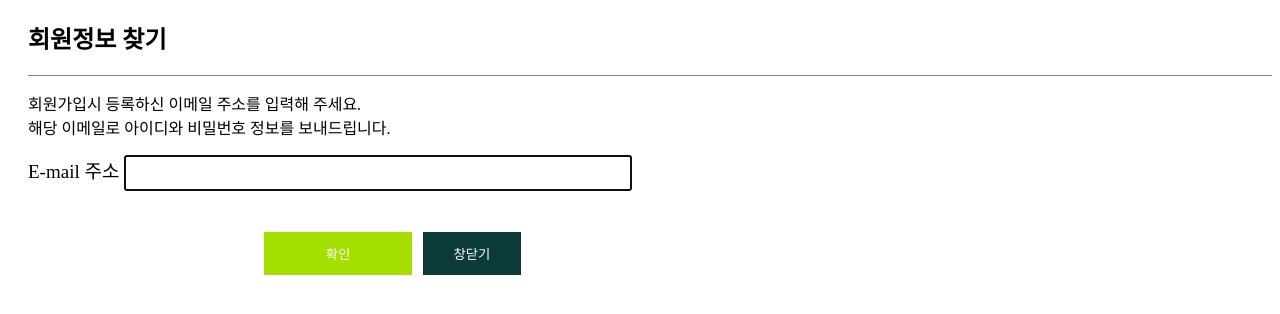
Repository: ks12b0000/JSP-School-Class
Page: chap10_JSP/src/main/webapp/Test/findMemberInfo.html
These files come from the project's save history. The page is drawn as it stood at one moment and after the next save; the edit follows.
The browser window is 1280 px wide. The pictures show the whole page.

Above is the page before, as saved 2022-06-04 11:53:21.

### chap10_JSP/src/main/webapp/Test/findMemberInfo.html
<!DOCTYPE html>
<html>
<head>
	<meta charset="UTF-8">
	<meta name="viewport" content="width=device-width, initial-scale=1.0">
	<title>회원정보 찾기</title>
	<link rel="stylesheet" href="loginWrite.css" />
	<script>
function loginChk() {
    var form = document.f1;
    if (!form.email.value) {
        alert("이메일을 입력해 주십시오.");
        form.email.focus();
        return;
    }
    form.submit();
}
    </script>
</head>
<body>
	<h2>회원정보 찾기</h2>
	<p id="em2">회원가입시 등록하신 이메일 주소를 입력해 주세요.<br/>
	   해당 이메일로 아이디와 비밀번호 정보를 보내드립니다.</p>
	 <form name="f1" method="post">
	<div id="email1" >
		<label for="email">E-mail 주소</label> <input type="text" id="email" name="email" autofocus/><br/>
	</div>
	<div class="button">
		<a href="#"><input id="Confirm" type="submit" value="확인" onclick="loginChk()" /></a>
		<a href="loginWrite.html"><input id="close" type="button" value="창닫기" /></a><br/>
	</div>
	</form>
</body>
</html>

### chap10_JSP/src/main/webapp/Test/loginWrite.css
@charset "UTF-8";
	body h2 {
		margin-left: 20px;
	}
	.login1 {
		width: 500px;
		border: 1px solid gray;
		margin: 40px;
		padding: 40px;

	}
	.login1 #id {
		width: 400px;

		padding: 4px;
	}
	.login1 #id input {

		margin-left: 30px;
	}
	.login1 #pw {

		padding: 4px;
	}
	.login1 #pw input {

		margin-left: 52px;
	}
	.login1 #login_Bt {
		text-align: right;
		margin-top: -50px;
		margin-right: 120px;
	}
	.login1 #login_Bt input {
		margin-left: 5px;
		padding: 12px;
		border: 1px solid white;
		background-color: #A5DF00;
		color: white;
	}
	.login1 #login_Ck {
		margin-top: 10px;
	}
	.login2 {
		border: 1px solid gray;
		font-size: 13px;
		background-color: #F2F2F2;
		width: 500px;
		margin: 40px;
		padding: 40px;
		margin-top: -50px;

	}
	.login2 h3 {
		margin-top: -20px;
		margin-left: -30px;
	}
	.login2 p {
		margin-top: -20px;
		margin-left: -30px;
	}
	.login2 form {
		margin-top: 10px;
		margin-left: 250px;

	}
	.login2 #idpw_bt {
		border: 1px solid white;
		background-color: #A5DF00;
		color: white;
	}
	.login2 #signup {
		border: 1px solid #BFFF00;
		background-color: white;
		color: #80FF00;
	}
	body #mainback {
		margin-left: 220px;
		text-decoration: none;
		color: black;
	}
	body #em2 {
		border-top: 1px solid gray;
		margin-left: 20px;
		padding-top: 15px;
	}
	#email1 {
		margin-left: 20px;
		font-size: 19px;
	}
	#email1 input {
		width: 500px;
		height: 30px;
	}
	.button {
		margin-top: 40px;
		margin-left: 250px;
	}
	.button #Confirm {
		margin-left: 5px;
		padding: 12px;
		width: 150px;
		border: 1px solid white;
		background-color: #A5DF00;
		color: white;
	}
	.button #close {
		margin-left: 5px;
		padding: 12px;
		width: 100px;
		border: 1px solid white;
		background-color: #0B3B39;
		color: white;
	}
	body #tm2 {
		color: red;
		text-align: center;
	}
	body #tm3,#tm5 {
		text-align: center;
	}
	body #tm4,#tm6 {
		border: 1px solid black;
		width: 1300px;
		height: 300px;
		background-color: #D8D8D8;
		margin-left: 10px;
	}
	#terms_Ck,#terms_Ck2 {
		text-align: right;
	}
	#signup3 {
		text-align: center;
	}
	#signup3 input {
		margin-left: 5px;
		padding: 12px;
		border: 1px solid white;
		background-color: #A5DF00;
		color: white;
	}
	.button3 {
		text-align: right;
		margin-top: -50px;
		margin-right: 10px;
	}
	.button3 #notebox {
		border: 1px solid #BFFF00;
		background-color: white;
		color: #80FF00;
		padding: 6px;
	}
	.button3 #Revise {
		border: 1px solid #BFFF00;
		background-color: white;
		color: #80FF00;
		padding: 6px;
	}
	.button3 #secession {
		border: 1px solid white;
		background-color: #A5DF00;
		color: white;
		padding: 6px;
	}
	.Profile111 {
		border: 1px solid gray;
		border-collapse: collapse;
		margin-top: 15px;
		width: 100%;
		height: 150px;
		background-color: #FAFAFA;
	}
	.Profile111 #Profile112 {
		border-bottom: 1px solid gray;
	}
	.Profile2 {
		border-top: 3px solid black;
		width: 100%;
		background-color: #F2F2F2;
		height: 50px;
		border-bottom: 1px solid gray;
		margin-top: 20px;
	}
	#hh3 {
		margin-left: 10px;
	}
	.Contents {
		text-align: center;
		margin-top: 100px;
		border-bottom: 1px solid gray;
		height: 100px;
	}
	.menu1 ul {
		background-color: #585858;
		height: 50px;
		margin: 0;
		padding: 0;
		list-style: none;

	}
	.menu1 li {
		float: left;
		border-right: 1px solid #2E2EFE;
	}
	.menu1 li a {
		padding-left: 10px;
		color: white;
		text-decoration: none;
		display: block;
		text-align: center;
		padding: 14px 16px;
	}
	.menu1 #a1 {
		border-left: 1px solid #2E2EFE;
		margin-left: 10px;
	}
	.guide {
		text-align: left;
	}
	.button2 {
		text-align: center;
	}
	.button2 #close2 {
		text-align: center;
		padding: 10px;
		width: 80px;
		border: 1px solid white;
		background-color: #0B4C5F;
		color: white;
	}
	.Profile3 {
		border-top: 3px solid black;
		width: 100%;
		height: 50px;
		margin-top: 20px;
	}
	.Profile3 #id12 {
		margin-top: 20px;
		padding-left:10px;
		padding-top: 10px;
		text-align: left;
		width: 200px;
		background-color: #F2F2F2;
		height: 60px;
	}
	.Profile3 input {
		background-color: #F2F2F2;
		margin-left: 15px;
		margin-top: 10px;
		padding-top: 10px;
		border: 1px solid gray;
		width: 500px;
		text-align: left;
	}
	.Profile3 p {
		font-size: 13px;
		margin-left: 15px;

	}
	.Profile4 {
		border-top: 1px solid gray;
		border-bottom: 1px solid gray;
		width: 100%;
		height: 50px;
	}
	.Profile4 #id13 {
		margin-top: 20px;
		padding-left:10px;
		padding-top: 10px;
		text-align: left;
		width: 200px;
		background-color: #F2F2F2;
		height: 200px;
	}
	.Profile4 input {
		background-color: #F2F2F2;
		margin-left: 15px;
		margin-top: 10px;
		padding-top: 10px;
		border: 1px solid gray;
		width: 700px;
		height: 200px;
		text-align: left;
	}

After the next save:
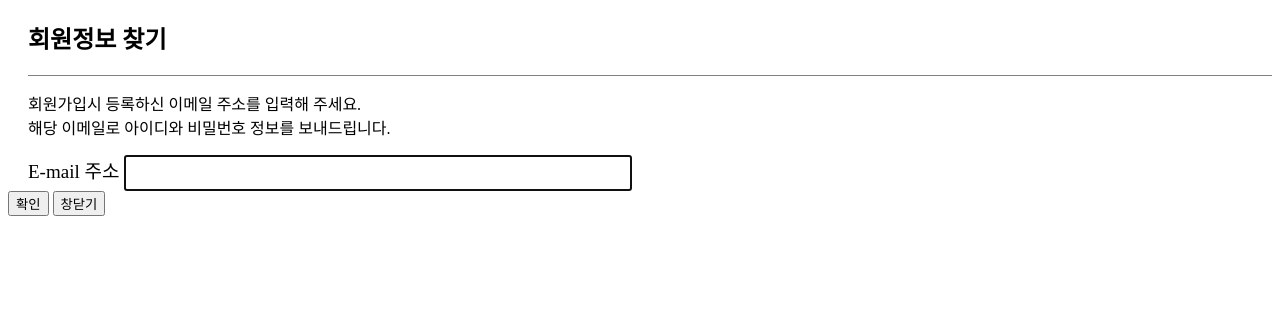
Saved 27 s later.
--- a/chap10_JSP/src/main/webapp/Test/findMemberInfo.html
+++ b/chap10_JSP/src/main/webapp/Test/findMemberInfo.html
@@ -25,9 +25,9 @@
 	<div id="email1" >
 		<label for="email">E-mail 주소</label> <input type="text" id="email" name="email" autofocus/><br/>
 	</div>
-	<div class="button">
-		<a href="#"><input id="Confirm" type="submit" value="확인" onclick="loginChk()" /></a>
-		<a href="loginWrite.html"><input id="close" type="button" value="창닫기" /></a><br/>
+	<div class="button12">
+		<a href="#"><input id="Confirm12" type="submit" value="확인" onclick="loginChk()" /></a>
+		<a href="loginWrite.html"><input id="close12" type="button" value="창닫기" /></a><br/>
 	</div>
 	</form>
 </body>

After the save that followed:
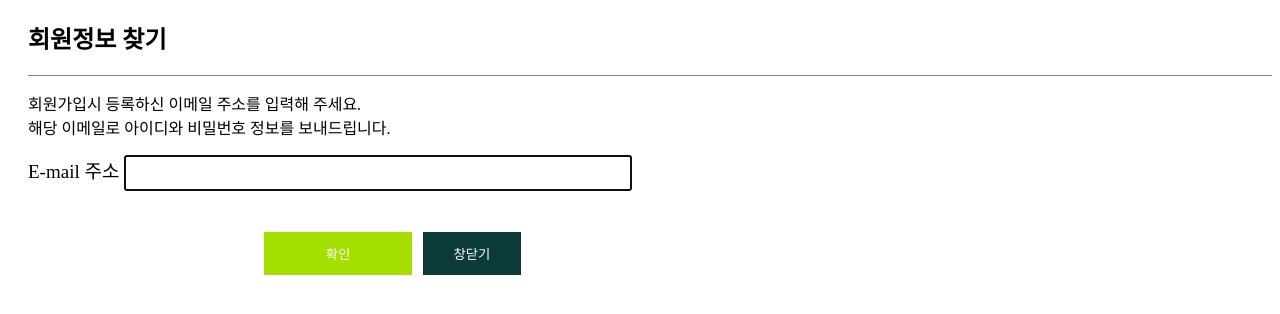
Saved 41 s later.
--- a/chap10_JSP/src/main/webapp/Test/findMemberInfo.html
+++ b/chap10_JSP/src/main/webapp/Test/findMemberInfo.html
@@ -25,9 +25,9 @@
 	<div id="email1" >
 		<label for="email">E-mail 주소</label> <input type="text" id="email" name="email" autofocus/><br/>
 	</div>
-	<div class="button12">
-		<a href="#"><input id="Confirm12" type="submit" value="확인" onclick="loginChk()" /></a>
-		<a href="loginWrite.html"><input id="close12" type="button" value="창닫기" /></a><br/>
+	<div class="button">
+		<a href="#"><input id="Confirm" type="submit" value="확인" onclick="loginChk()" /></a>
+		<a href="loginWrite.html"><input id="close" type="button" value="창닫기" /></a><br/>
 	</div>
 	</form>
 </body>
